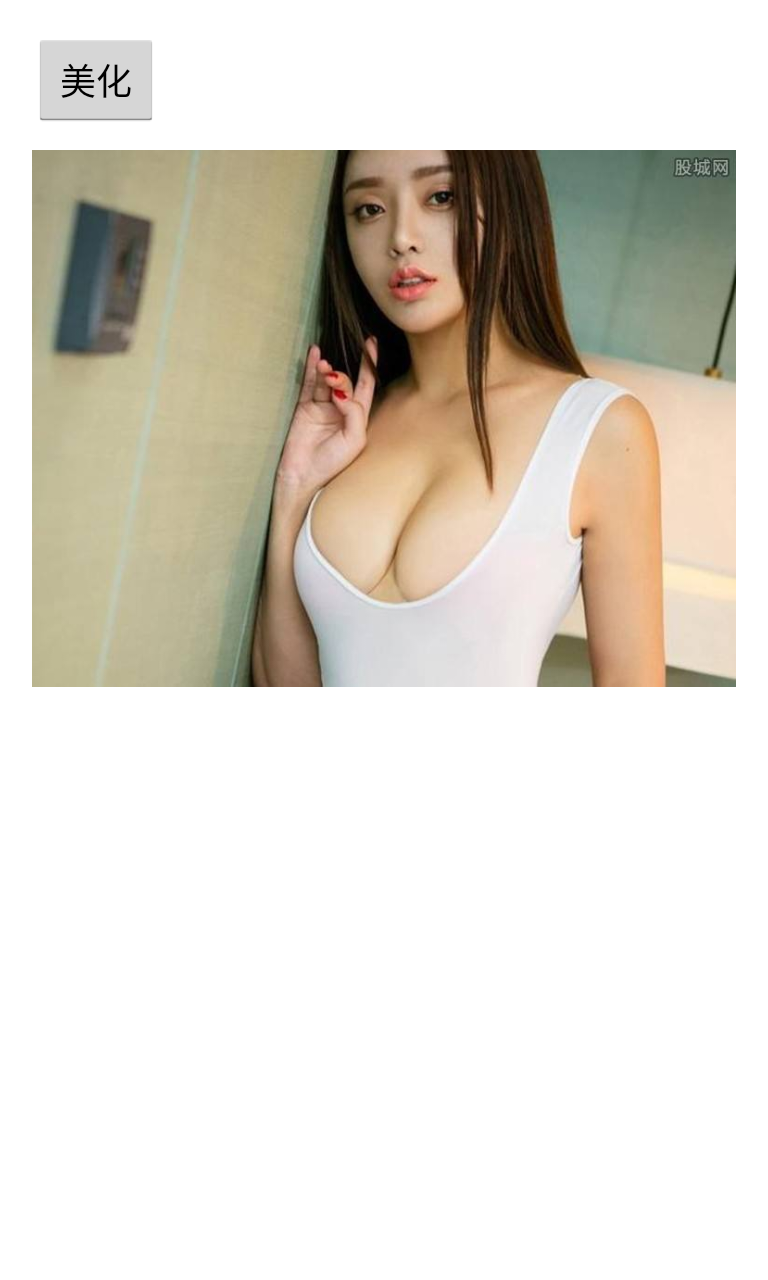
Repository: xfhy/Usually-learn-Android
Layout: JNI/6_图片秀秀/res/layout/activity_main.xml
The author's editor kept a copy of each file at every save. The layout is drawn from the files as they stood at one save, then again after the next save.
It is drawn on a 768 x 1280 px phone screen (xhdpi) without system bars, with theme AppTheme; the app's code is not run.

Above is the layout before, as saved 2017-04-09 06:57:19.

### JNI/6_图片秀秀/res/layout/activity_main.xml
<RelativeLayout xmlns:android="http://schemas.android.com/apk/res/android"
    xmlns:tools="http://schemas.android.com/tools"
    android:layout_width="match_parent"
    android:layout_height="match_parent"
    android:paddingBottom="@dimen/activity_vertical_margin"
    android:paddingLeft="@dimen/activity_horizontal_margin"
    android:paddingRight="@dimen/activity_horizontal_margin"
    android:paddingTop="@dimen/activity_vertical_margin"
    tools:context="com.xfhy.imagexx.MainActivity$PlaceholderFragment" >

    <Button
        android:id="@+id/bt_beautify"
        android:layout_width="wrap_content"
        android:layout_height="wrap_content"
        android:text="美化" />

    <ImageView
         android:layout_width="wrap_content"
        android:layout_height="wrap_content"
        android:src="@drawable/timg"
        />

</RelativeLayout>

Loaded but not shown: JNI/6_图片秀秀/res/values/styles.xml (common file); JNI/6_图片秀秀/res/values-v11/styles.xml (common file); JNI/6_图片秀秀/res/values-v14/styles.xml (common file); JNI/6_图片秀秀/res/values/dimens.xml (common file); JNI/6_图片秀秀/res/values-w820dp/dimens.xml (common file)

After the next save:
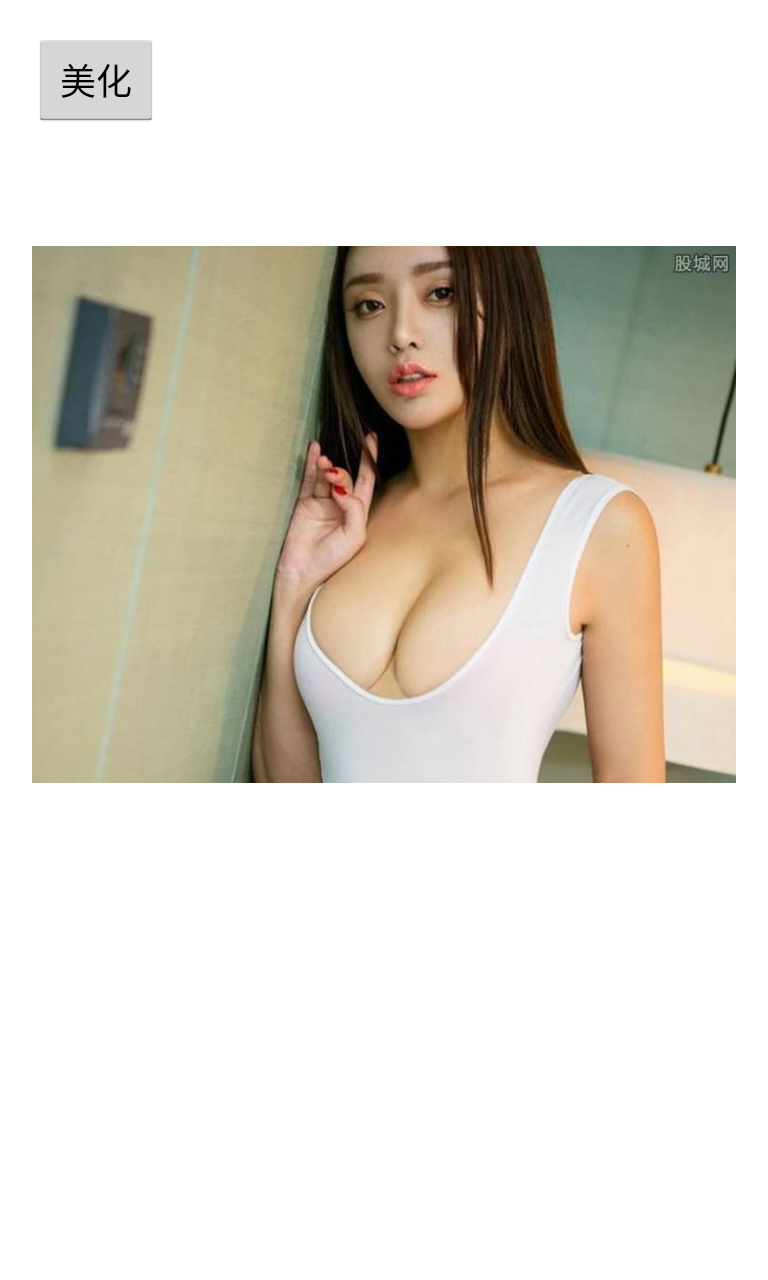
Saved 10 s later.
--- a/JNI/6_图片秀秀/res/layout/activity_main.xml
+++ b/JNI/6_图片秀秀/res/layout/activity_main.xml
@@ -15,6 +15,7 @@
         android:text="美化" />
 
     <ImageView
+        android:layout_below="@id/bt_beautify"
          android:layout_width="wrap_content"
         android:layout_height="wrap_content"
         android:src="@drawable/timg"
